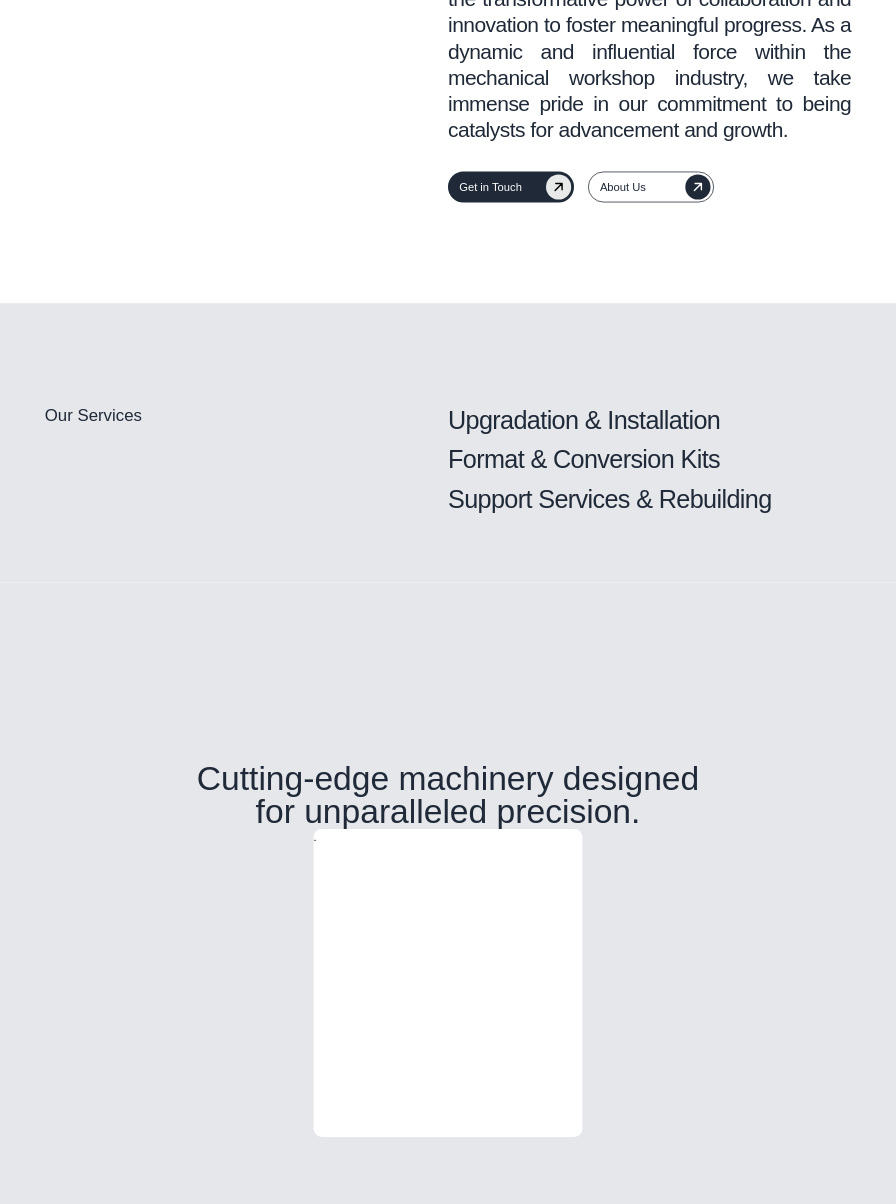
Repository: vespersolutionspk18/microtexwebsite
Page: /
An editor plug-in stored every save of this project. The page is shown before and after the next save, followed by the edit.
The browser window is 1280 px wide. The pictures show the part of the page from y = 1083 to 3003 px (the page is 2803 px tall before and 3003 px after), at 70% of full size.
Some web fonts or font styles are not loaded; a fallback is used. The project was rebuilt for these pictures with package versions that can differ from the ones it lists, and the page was loaded fresh each time. The framework's server and built-in components were replaced by stand-ins that run in the browser. Also part of the build but not shown: next.config.mjs.

Above is the page before, as saved 2024-11-18 21:27:23.

After the next save:
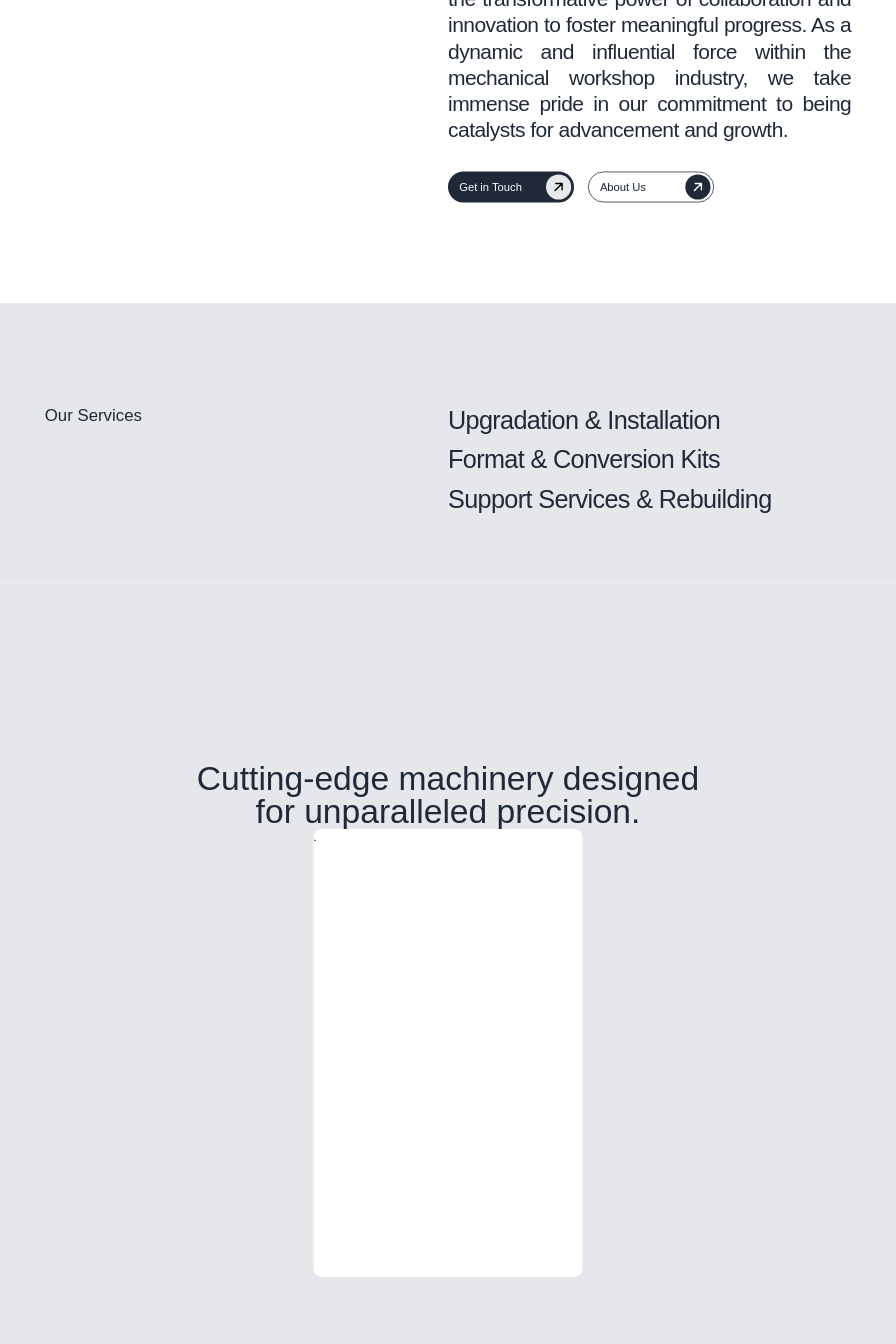
Saved 4 s later.
--- a/app/OurMachines.tsx
+++ b/app/OurMachines.tsx
@@ -5,7 +5,7 @@ const OurMachines = () => {
     <div className="flex flex-col bg-gray-200 md:pt-64 pr-16 pl-16 pb-24 items-center justify-evenly">
     <h3 className="font-light text-center text-gray-800 font-sans text-5xl">Cutting-edge machinery designed <br></br>for unparalleled precision.</h3>
     <div className="flex flex-row gap-10 items-center justify-evenly w-full">
-    <div className="h-[440px] w-1/3 bg-white rounded-xl">.</div>
+    <div className="h-[640px] w-1/3 bg-white rounded-xl">.</div>
     </div>
     </div>
   )
